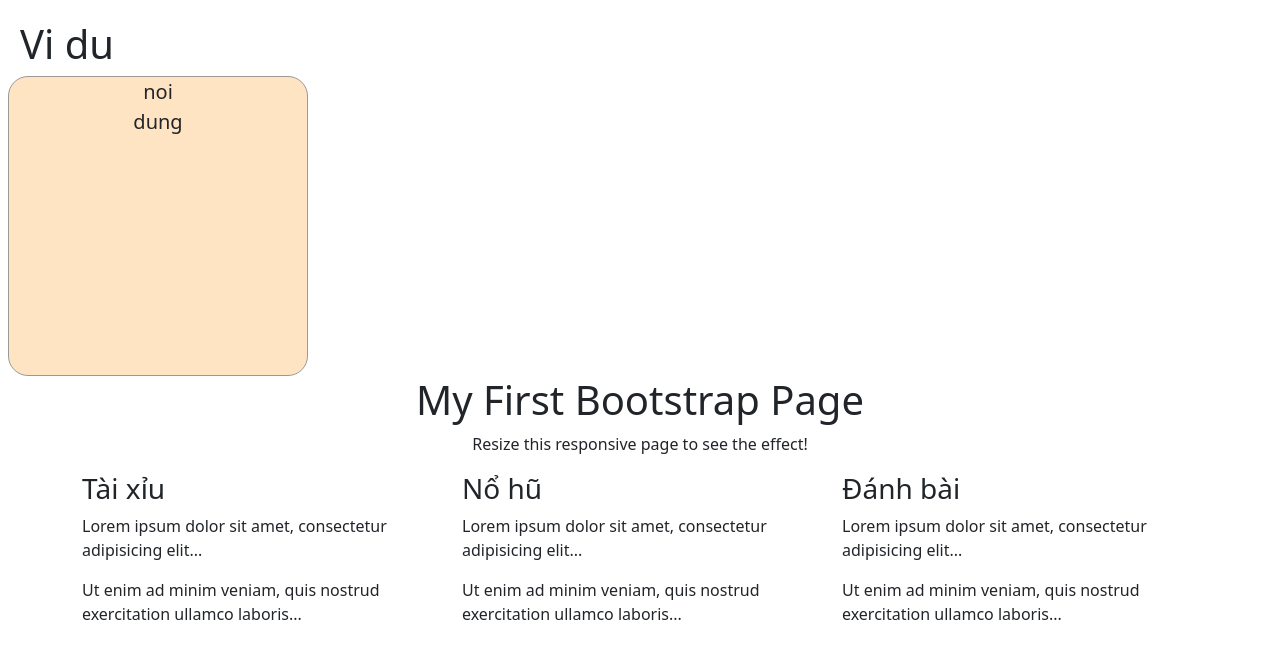
Repository: thanhp6868/ltWeb
Page: 0410/1/1.html
An editor plug-in stored every save of this project. The page is shown before and after the next save, followed by the edit.
The browser window is 1280 px wide. The pictures show the whole page.

Above is the page before, as saved 2023-10-04 14:59:25.

### 0410/1/1.html
<!DOCTYPE html>
<html lang="en">

<head>
    <meta charset="UTF-8">
    <link href="https://cdn.jsdelivr.net/npm/bootstrap@5.2.3/dist/css/bootstrap.min.css" rel="stylesheet"
        integrity="sha384-rbsA2VBKQhggwzxH7pPCaAqO46MgnOM80zW1RWuH61DGLwZJEdK2Kadq2F9CUG65" crossorigin="anonymous">
    <meta name="viewport" content="width=device-width, initial-scale=1.0">
    <link rel="stylesheet" type="" href="style1.css">
    <title>Document</title>
</head>

<body style="padding: 20px;">
    <h1>Vi du</h1>
    <div class="row",>
        <div id="vidu_transition">
           <center> <div class="col-3" >
            noi dung
        </div></center>
        </div>
    </div>

    <div class="jumbotron text-center">
        <h1>My First Bootstrap Page</h1>
        <p>Resize this responsive page to see the effect!</p>
      </div>
      <div class="container">
        <div class="row">
          <div class="col-sm-4">
            <h3>Tài xỉu</h3>
            <p>Lorem ipsum dolor sit amet, consectetur adipisicing elit...</p>
            <p>Ut enim ad minim veniam, quis nostrud exercitation ullamco laboris...</p>
          </div>
          <div class="col-sm-4">
            <h3>Nổ hũ</h3>
            <p>Lorem ipsum dolor sit amet, consectetur adipisicing elit...</p>
            <p>Ut enim ad minim veniam, quis nostrud exercitation ullamco laboris...</p>
          </div>
          <div class="col-sm-4">
            <h3>Đánh bài</h3>
            <p>Lorem ipsum dolor sit amet, consectetur adipisicing elit...</p>
            <p>Ut enim ad minim veniam, quis nostrud exercitation ullamco laboris...</p>
          </div>
        </div>
      </div>
</body>

</html>

### 0410/1/style1.css
body{

}

#vidu_transition{
    font-size: 20px;
    border-radius: 20px;
    border: 0.5px solid #999999;
    height: 300px;
    width: 300px;
    background-color: bisque;
    transition: 0.5s;
}
#vidu_transition:hover{
        height: 500px;
        width: 500px;
        background-color: yellow;
}

After the next save:
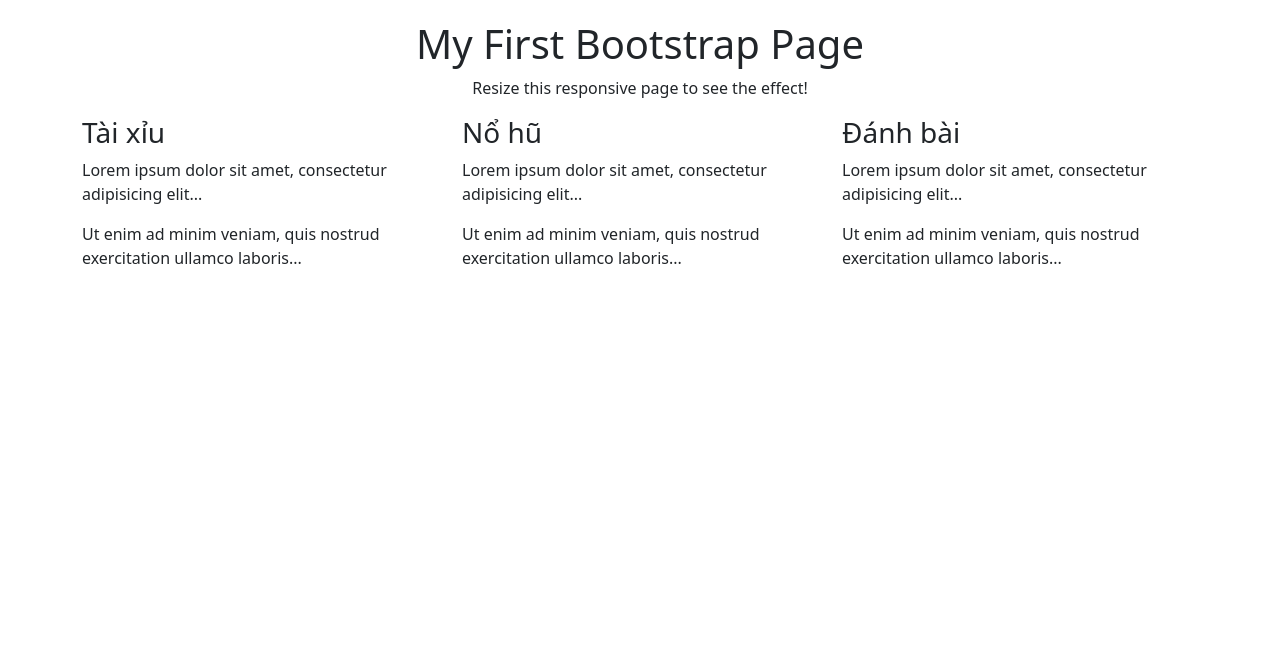
Saved 9 s later.
--- a/0410/1/1.html
+++ b/0410/1/1.html
@@ -11,14 +11,14 @@
 </head>
 
 <body style="padding: 20px;">
-    <h1>Vi du</h1>
+    <!-- <h1>Vi du</h1>
     <div class="row",>
         <div id="vidu_transition">
            <center> <div class="col-3" >
             noi dung
         </div></center>
         </div>
-    </div>
+    </div> -->
 
     <div class="jumbotron text-center">
         <h1>My First Bootstrap Page</h1>
